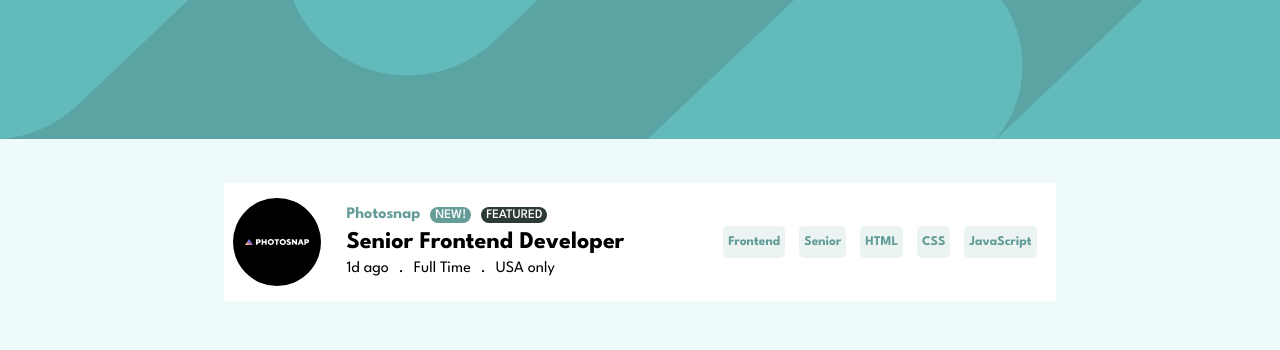
Repository: Eldream12/JobListing
Page: index.html
These files come from the project's save history. The page is drawn as it stood at one moment and after the next save; the edit follows.
The browser window is 1280 px wide. The pictures show the whole page.

Above is the page before, as saved 2025-03-31 21:12:23.

After the next save:
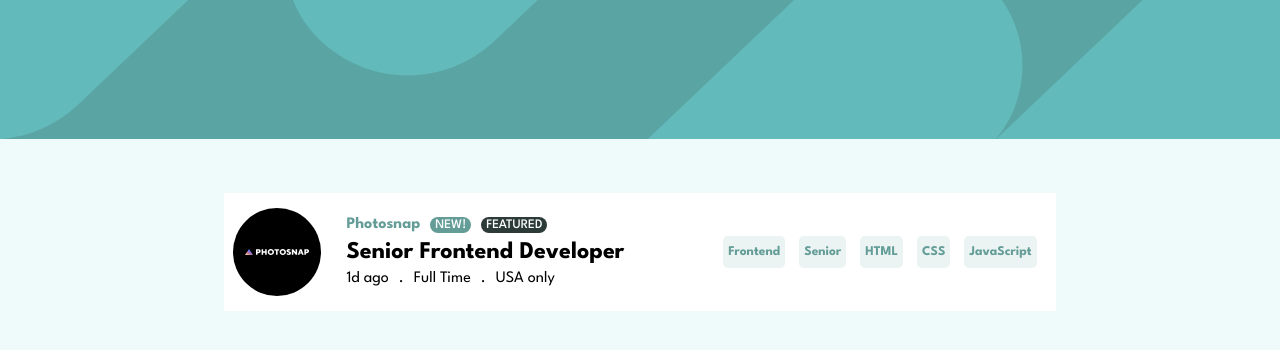
Saved 7 s later.
--- a/style/style.css
+++ b/style/style.css
@@ -14,7 +14,7 @@ html body {
 header img {
 	width: 100%;
 	background-color: hsl(180, 29%, 50%);
-	margin-bottom: 40px;
+	margin-bottom: 50px;
 }
 
 .content-carrier .content {
